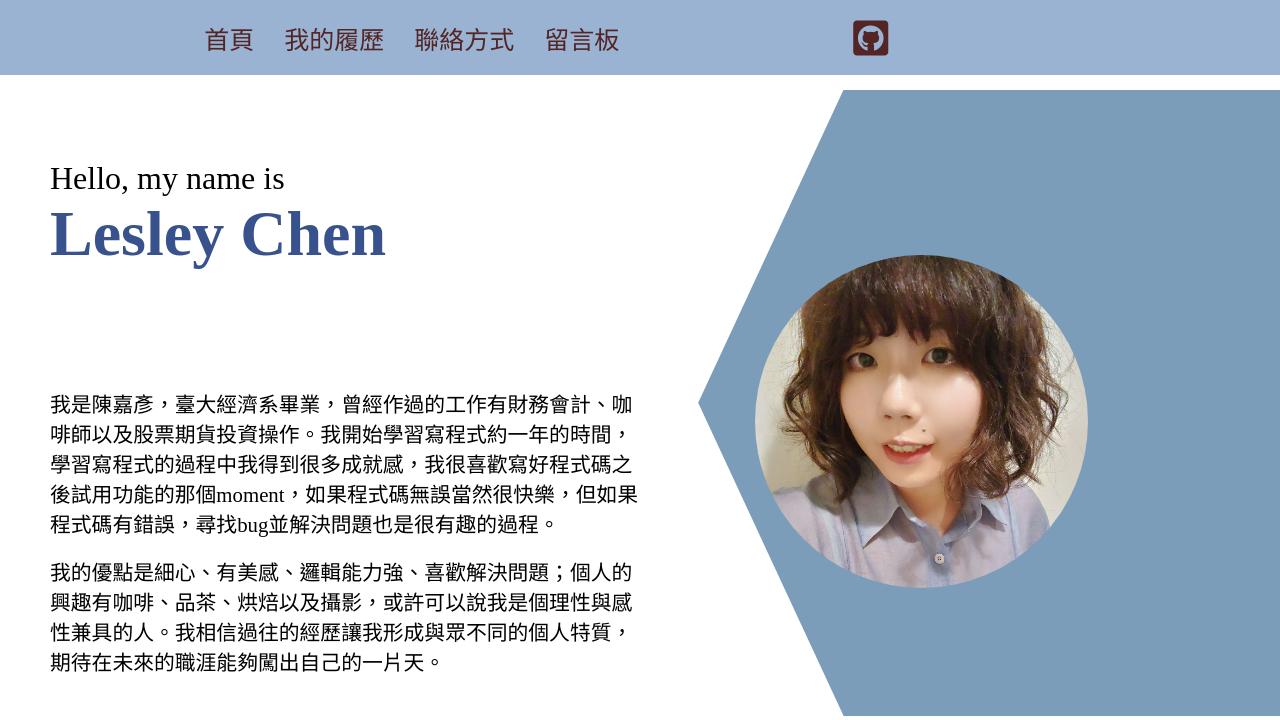
Repository: lcjyc/portfolio-website
Page: /
The author's editor kept a copy of each file at every save. The page is drawn from the files as they stood at one save, then again after the next save.
The browser window is 1280 px wide. The pictures show the whole page.
The project was rebuilt for these pictures with package versions that can differ from the ones it lists, and the page was loaded fresh each time. Also part of the build but not shown: src/pages/resume/resume.css, src/pages/resume/Resume.jsx, src/pages/contact/contact.css, src/pages/contact/Contact.jsx.

Above is the page before, as saved 2022-08-20 09:32:32.

### public/index.html
<!DOCTYPE html>
<html lang="zh-tw">
  <head>
    <meta charset="utf-8" />
    <meta name="viewport" content="width=device-width, initial-scale=1" />
    <meta name="theme-color" content="#000000" />
    <meta
      name="description"
      content="Web site created using create-react-app"
    />
    <link
      href="https://fonts.googleapis.com/css2?family=Josefin+Sans:wght@100;200;300;400;500;600;700&family=Lora:ital@0;1&family=Varela&family=Varela+Round&display=swap"
      rel="stylesheet"
    />
    <link
      rel="stylesheet"
      href="https://cdnjs.cloudflare.com/ajax/libs/font-awesome/5.15.3/css/all.min.css"
      integrity="sha512-iBBXm8fW90+nuLcSKlbmrPcLa0OT92xO1BIsZ+ywDWZCvqsWgccV3gFoRBv0z+8dLJgyAHIhR35VZc2oM/gI1w=="
      crossorigin="anonymous"
    />
    <style>
      * {
        margin: 0;
      }
    </style>
    <style>
      .link {
        text-decoration: none;
        color: inherit;
      }
    </style>
    <title>Lesley Chen|Portfolio</title>
  </head>

  <body>
    <noscript>You need to enable JavaScript to run this app.</noscript>
    <div id="root"></div>
  </body>
</html>

### src/App.js
import TopBar from "./components/topbar/TopBar";
import Home from "./pages/home/Home";
import Resume from "./pages/resume/Resume";
import Contact from "./pages/contact/Contact";
import { BrowserRouter as Router, Routes, Route } from "react-router-dom";

function App() {
  return (
    <Router>
      <TopBar />
      <Routes>
        <Route path="/" element={<Home />} />
        <Route path="/resume" element={<Resume />} />
        <Route path="/contact" element={<Contact />} />
      </Routes>
    </Router>
  );
}

export default App;

### src/components/topbar/TopBar.jsx
import { Link } from "react-router-dom";
import "./topbar.css";

export default function TopBar() {
  return (
    <div className="top">
      <div className="topLeft">
        <ul className="topList">
          <li className="topListItem">
            <Link className="link" to="/">
              首頁
            </Link>
          </li>
          <li className="topListItem">
            <Link className="link" to="/resume">
              我的履歷
            </Link>
          </li>
          <li className="topListItem">
            <Link className="link" to="/contact">
              聯絡方式
            </Link>
          </li>
          <li className="topListItem">
            <Link className="link" to="/bulletin">
              留言板
            </Link>
          </li>
        </ul>
      </div>
      <div className="topRight">
        <a href="https://github.com/lcjyc/">
          <i className="topIcon fab fa-github-square"></i>
        </a>
      </div>
    </div>
  );
}

### src/pages/home/Home.jsx
import "./home.css";
import profilePic from "../../images/profile-pic.jpg";

const Home = () => {
  return (
    <div className="i">
      <div className="i-left">
        <div className="i-left-wrapper">
          <div className="i-name">
            <h2 className="i-intro">Hello, my name is</h2>
            <h1 className="myname">Lesley Chen</h1>
          </div>
          <div className="i-title">
            <div className="i-title-wrapper">
              <div className="i-title-item">Web Developer</div>
              <div className="i-title-item">Front-End Engineer</div>
            </div>
          </div>
          <div className="i-desc">
            <p>
              我是陳嘉彥，臺大經濟系畢業，曾經作過的工作有財務會計、咖啡師以及股票期貨投資操作。我開始學習寫程式約一年的時間，學習寫程式的過程中我得到很多成就感，我很喜歡寫好程式碼之後試用功能的那個moment，如果程式碼無誤當然很快樂，但如果程式碼有錯誤，尋找bug並解決問題也是很有趣的過程。
            </p>
            <br />
            <p>
              我的優點是細心、有美感、邏輯能力強、喜歡解決問題；個人的興趣有咖啡、品茶、烘焙以及攝影，或許可以說我是個理性與感性兼具的人。我相信過往的經歷讓我形成與眾不同的個人特質，期待在未來的職涯能夠闖出自己的一片天。
            </p>
          </div>
        </div>
      </div>
      <div className="i-right">
        <div className="i-bg"></div>
        <img src={profilePic} alt="" className="i-img" />
      </div>
    </div>
  );
};

export default Home;

### src/components/topbar/topbar.css
.top {
  width: 100%;
  height: 6vh;
  background-color: rgb(154, 179, 210);
  position: sticky;
  top: 0;
  padding: 1rem 0rem;
  display: flex;
  align-items: center;
  z-index: 999;
}

.topLeft {
  flex: 6;
  display: flex;
  align-items: center;
  justify-content: center;
}

.topRight {
  flex: 3;
  display: flex;
}

.topIcon {
  font-size: 40px;
  margin-right: 10px;
  color: rgb(83, 37, 37);
  cursor: pointer;
}

.topImg {
  width: 40px;
  height: 40px;
  border-radius: 50%;
  object-fit: cover;
  cursor: pointer;
}

.topList {
  display: flex;
  justify-content: center;
  margin: 0;
  padding: 0;
  list-style: none;
}

.topListItem {
  margin-right: 30px;
  font-size: 25px;
  color: rgb(83, 37, 37);
  cursor: pointer;
}

.topListItem :hover {
  color: white;
}

### src/pages/home/home.css
.i {
  display: flex;
  height: 87vh;
  width: 100%;
  padding-top: 2vh;
}

.i-left {
  flex: 6;
  display: flex;
  justify-content: center;
}

.i-right {
  flex: 5;
  position: relative;
}

.i-left-wrapper {
  padding: 70px 50px 60px 50px;
  height: 50%;
  display: flex;
  flex-direction: column;
  justify-content: space-between;
}

.i-name {
  height: 40%;
}

.i-intro {
  font-size: 2rem;
  font-weight: 300;
}

.myname {
  font-size: 4rem;
  color: rgb(55, 82, 141);
}

.i-title {
  height: 15%;
  flex-shrink: 0;
  overflow: hidden;
  margin-bottom: 30px;
}

.i-title-wrapper {
  height: 100%;
  animation: move 6s ease-in-out infinite alternate;
}

@keyframes move {
  50% {
    transform: translateY(-50px);
  }
  100% {
    transform: translateY(-100px);
  }
}

.i-title-item {
  height: 50px;
  font-size: 30px;
  font-weight: bold;
  color: rgb(48, 83, 46);
  display: flex;
  align-items: center;
}

.i-desc {
  padding-top: 40px;
}

.i-desc > p {
  font-size: 1.3rem;
}

.i-img {
  object-fit: cover;
  position: absolute;
  border-radius: 50%;
  width: 26vw;
  height: 26vw;
  top: 23vh;
  right: 15vw;
}

.i-bg {
  clip-path: polygon(100% 0%, 100% 51%, 100% 100%, 25% 100%, 0% 50%, 25% 0%);
  background-color: rgb(67, 116, 156, 0.7);
  width: 100%;
  height: 100%;
  position: absolute;
  top: 0;
  right: 0;
}

@media screen and (max-width: 480px) {
  .i {
    flex-direction: column;
  }

  .i-left-wrapper {
    padding: 10px;
    align-items: center;
    justify-content: center;
    text-align: center;
    height: 100%;
  }
}

Loaded but not shown: src/index.js (common file)

After the next save:
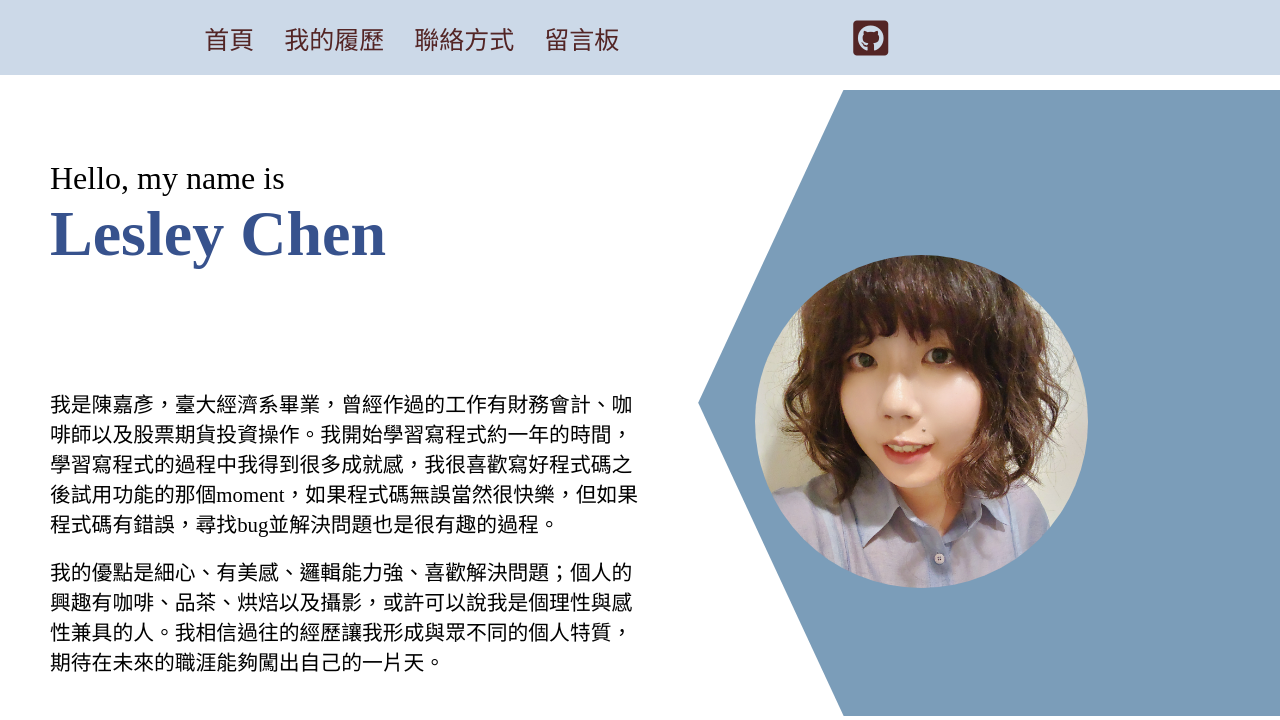
Saved 15 s later.
--- a/src/components/topbar/topbar.css
+++ b/src/components/topbar/topbar.css
@@ -1,7 +1,7 @@
 .top {
   width: 100%;
   height: 6vh;
-  background-color: rgb(154, 179, 210);
+  background-color: rgb(154, 179, 210, 0.5);
   position: sticky;
   top: 0;
   padding: 1rem 0rem;
